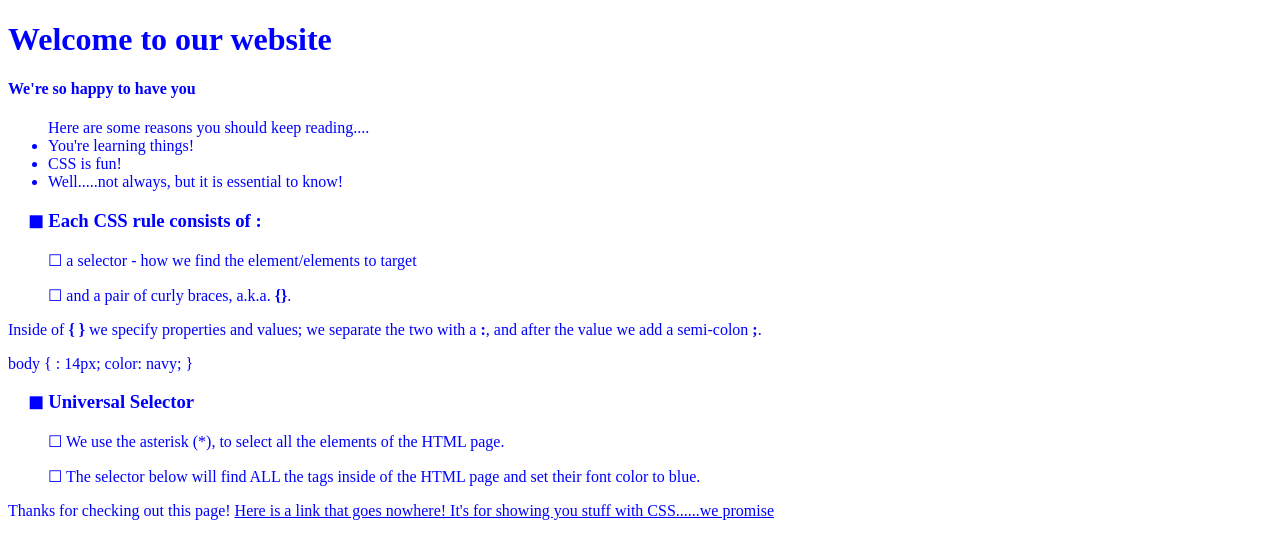
Repository: AnnaSpirit/Tests__
Page: CSS/Useful_Selectors.html
An editor plug-in stored every save of this project. The page is shown before and after the next save, followed by the edit.
The browser window is 1280 px wide. The pictures show the whole page.

Above is the page before, as saved 2024-04-01 12:26:42.

After the next save:
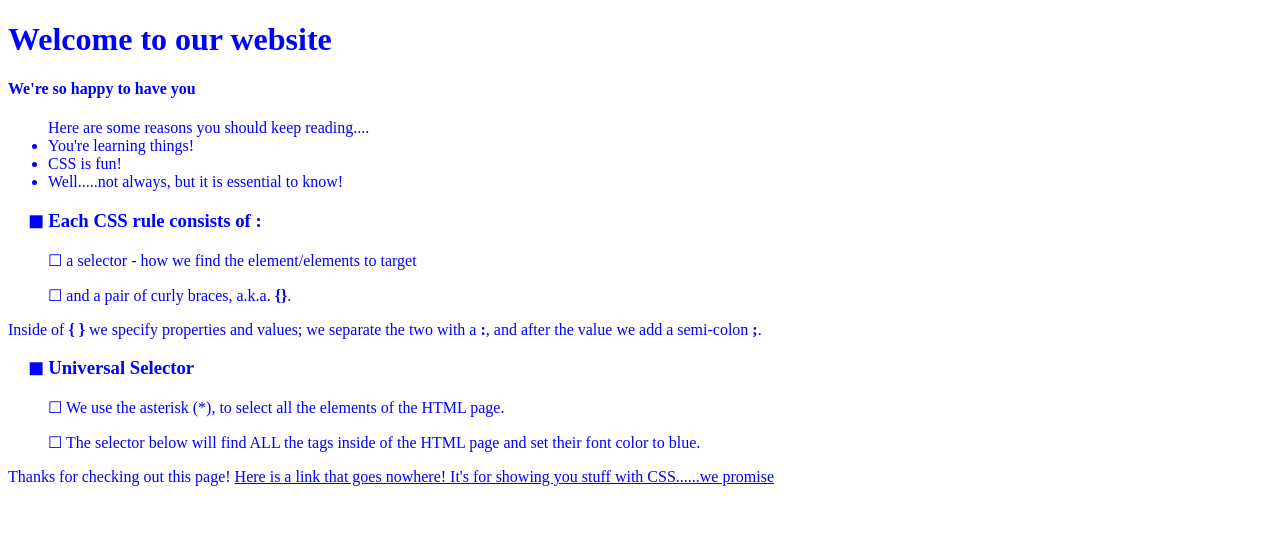
Saved 39 s later.
--- a/CSS/Useful_Selectors.html
+++ b/CSS/Useful_Selectors.html
@@ -23,10 +23,6 @@
             <p style="padding-left: 40px;"> &#9744; a selector - how we find the element/elements to target</p>
             <p style="padding-left: 40px;"> &#9744; and a pair of curly braces, a.k.a. <b>{}</b>.</p>
             <p>Inside of <b>{ }</b> we specify properties and values; we separate the two with a <b>:</b>, and after the value we add a semi-colon <b>;</b>.</p>
-            <span>body</span> {
-            <span </span>: <span class="hljs-number">14px</span>;
-            <span class="hljs-attribute">color</span>: navy;
-            }
 
         </h3>
         <h3 style="padding-left: 20px;"> &#9724; Universal Selector</h3>
